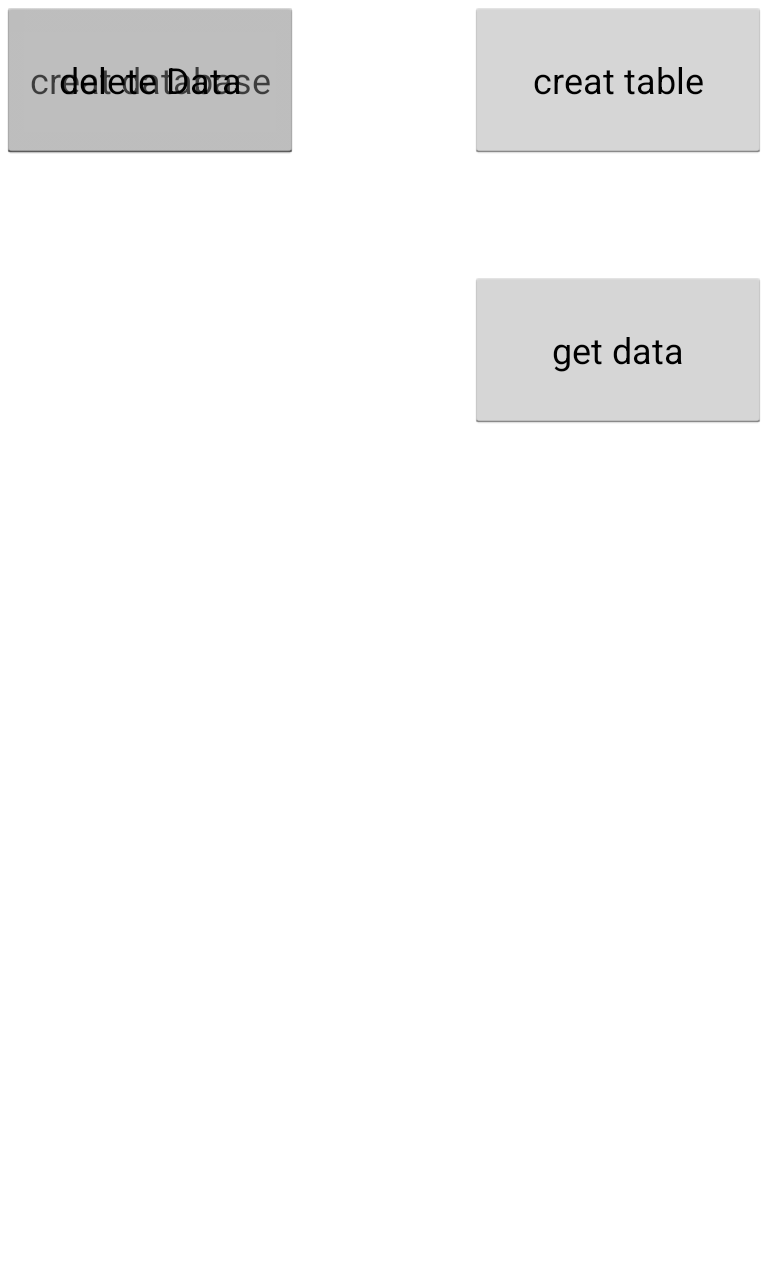
Repository: GuardLDW/HERO
Layout: GuardLDW/res/layout/db.xml
An editor plug-in stored every save of this project. The layout is shown before and after the next save, followed by the edit.
It is drawn on a 768 x 1280 px phone screen (xhdpi) without system bars, with theme AppTheme; the app's code is not run.

Above is the layout before, as saved 2016-11-03 07:48:42.

### GuardLDW/res/layout/db.xml
<?xml version="1.0" encoding="UTF-8"?>
<RelativeLayout xmlns:android="http://schemas.android.com/apk/res/android"
    android:layout_width="match_parent"
    android:layout_height="match_parent"
    android:orientation="vertical" >

    <Button
        android:id="@+id/button_creatDB"
        android:layout_width = "150dp"
        android:layout_height = "80dp"
        android:text="creat database">

    </Button>

    <Button
        android:id="@+id/button_creatTable"
        android:layout_width="150dp"
        android:layout_height="80dp"
        android:layout_alignParentRight="true"
        android:layout_alignParentTop="true"
        android:text="creat table" />

    <Button
        android:id="@+id/button_getData"
        android:layout_width="150dp"
        android:layout_height="80dp"
        android:layout_alignParentRight="true"
        android:layout_below="@+id/button_creatTable"
        android:layout_marginTop="55dp"
        android:text="get data" />


        <Button
        android:id="@+id/button_deleteData"
        android:layout_width = "150dp"
        android:layout_height = "80dp"
        android:text="delete Data">

    </Button>

    </RelativeLayout>

Loaded but not shown: GuardLDW/res/values/styles.xml (common file); GuardLDW/res/values-v11/styles.xml (common file); GuardLDW/res/values-v14/styles.xml (common file)

After the next save:
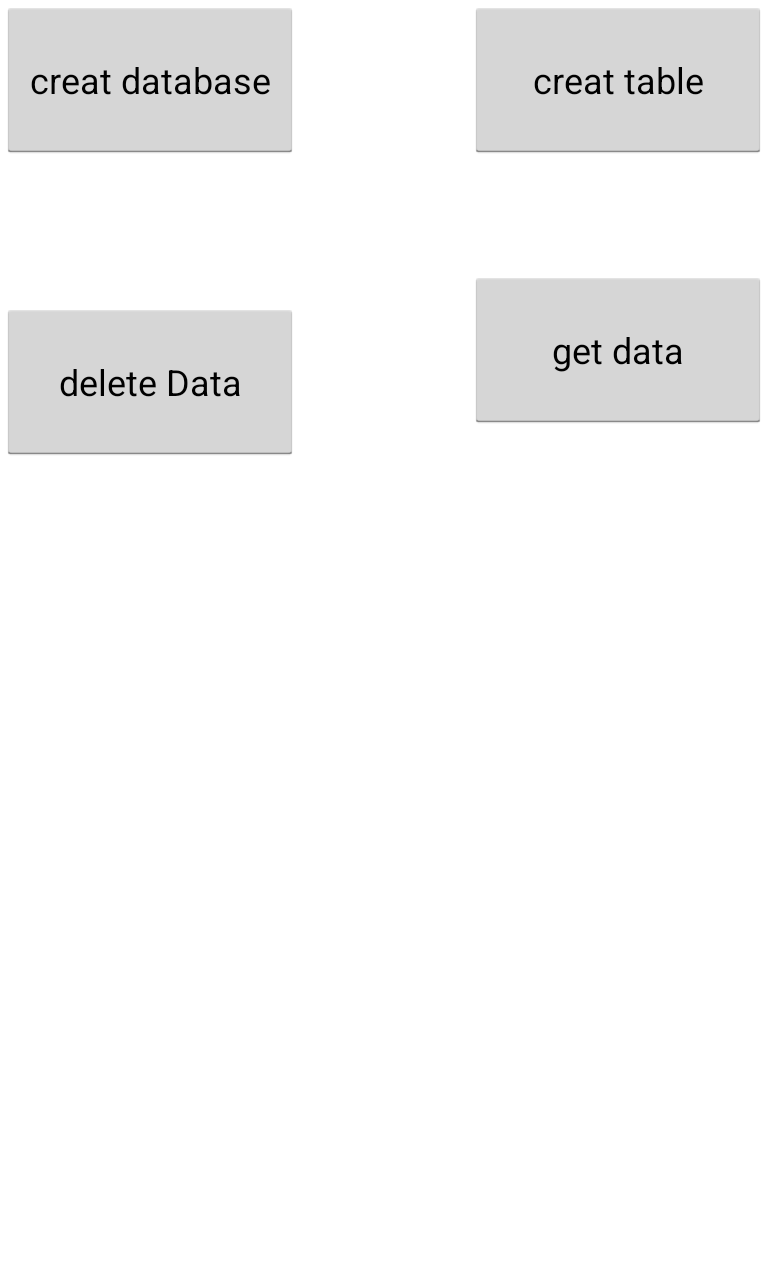
Saved 7 s later.
--- a/GuardLDW/res/layout/db.xml
+++ b/GuardLDW/res/layout/db.xml
@@ -29,13 +29,13 @@
         android:layout_marginTop="55dp"
         android:text="get data" />
 
-
         <Button
-        android:id="@+id/button_deleteData"
-        android:layout_width = "150dp"
-        android:layout_height = "80dp"
-        android:text="delete Data">
-
-    </Button>
+            android:id="@+id/button_deleteData"
+            android:layout_width="150dp"
+            android:layout_height="80dp"
+            android:layout_alignBaseline="@+id/button_getData"
+            android:layout_alignBottom="@+id/button_getData"
+            android:layout_alignParentLeft="true"
+            android:text="delete Data" />
 
     </RelativeLayout>
